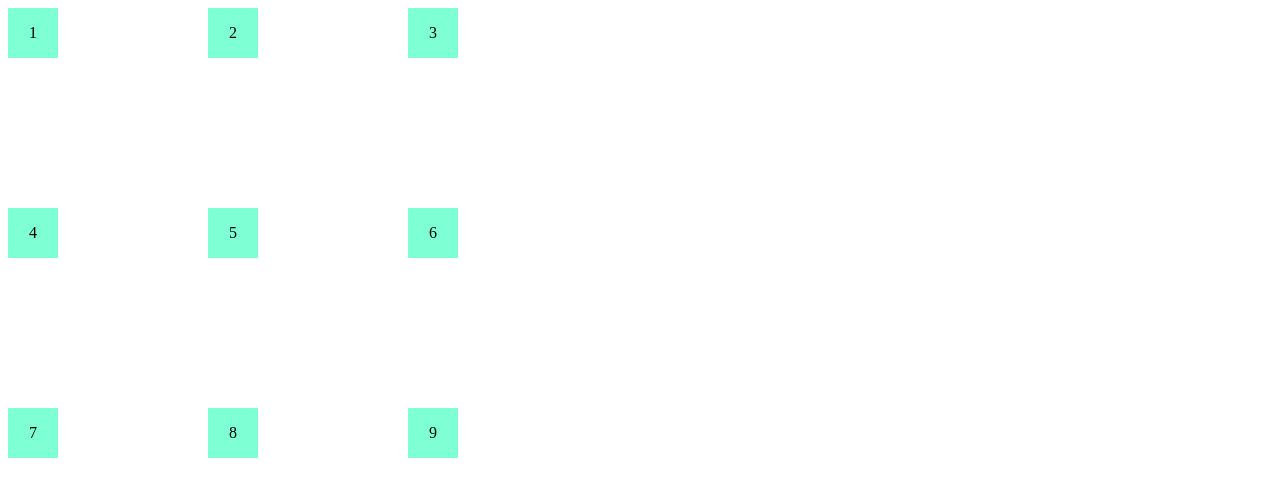
Repository: pwy114pwy/project_01
Page: 03.html
These files come from the project's save history. The page is drawn as it stood at one moment and after a run of saves; the edit follows.
The browser window is 1280 px wide. The pictures show the whole page.

Above is the page before, as saved 2022-12-23 14:08:16.

After the next 2 saves:
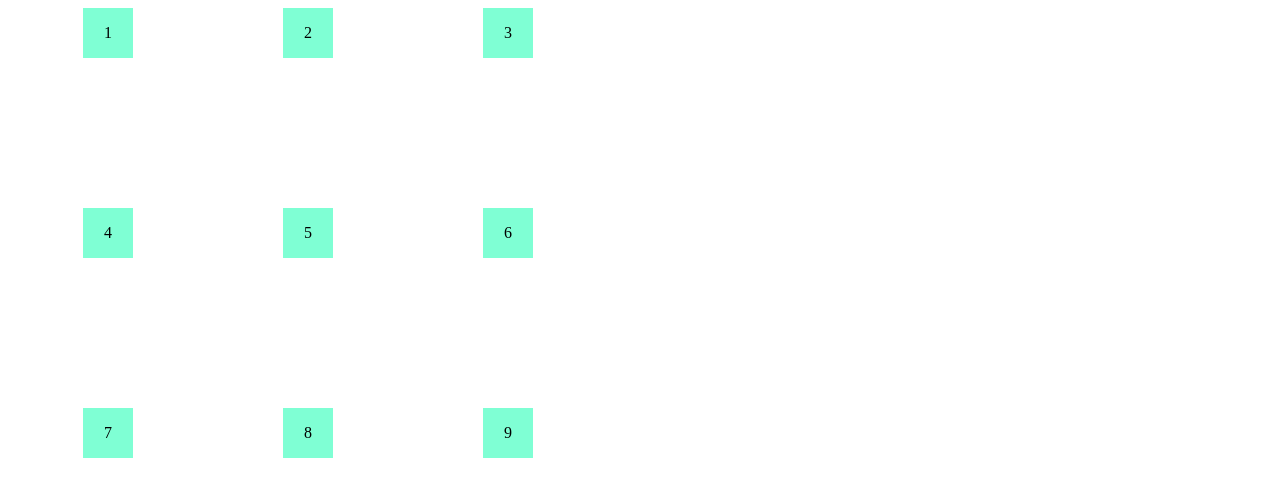
The 2 saves are shown as one change because they came seconds apart.
The last was saved 33 s later.
--- a/03.html
+++ b/03.html
@@ -12,6 +12,7 @@
             display: grid;
             grid-template-columns: repeat(3,200px);
             grid-template-rows: repeat(3,200px);
+            justify-items: center;
         }
         .main div{
             width: 50px;
